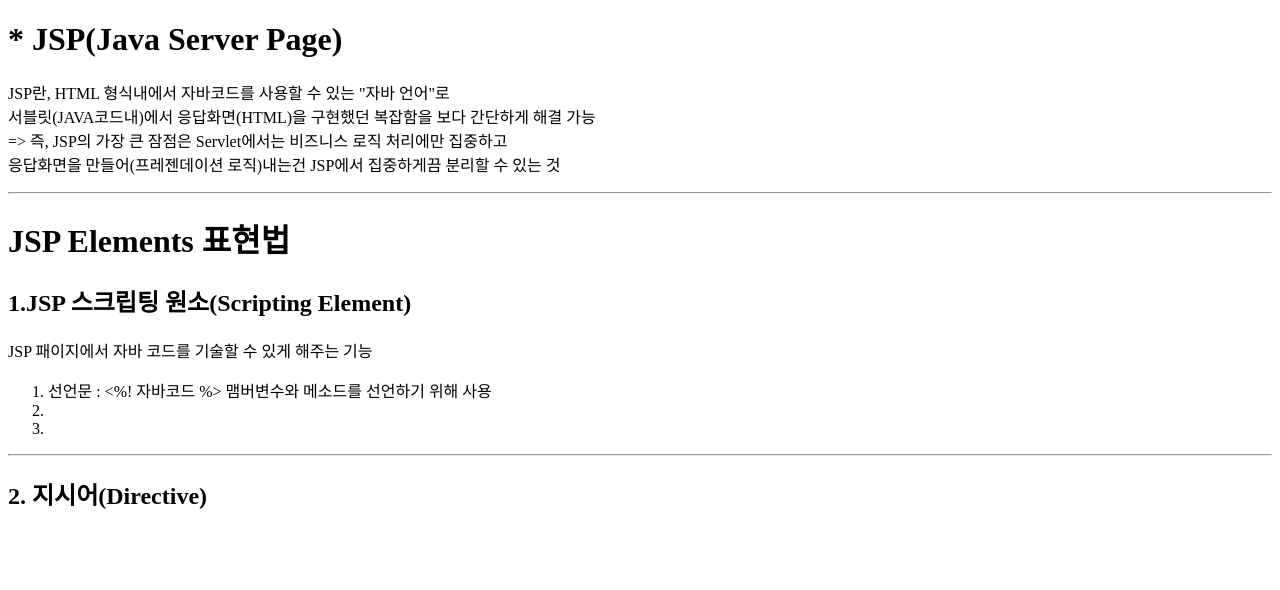
Repository: BrianH29/BH_webserver_workspace1
Page: webserver_workspace1/2_JSP/WebContent/index.html
An editor plug-in stored every save of this project. The page is shown before and after the next save, followed by the edit.
The browser window is 1280 px wide. The pictures show the whole page.

Above is the page before, as saved 2020-08-31 01:14:11.

After the next save:
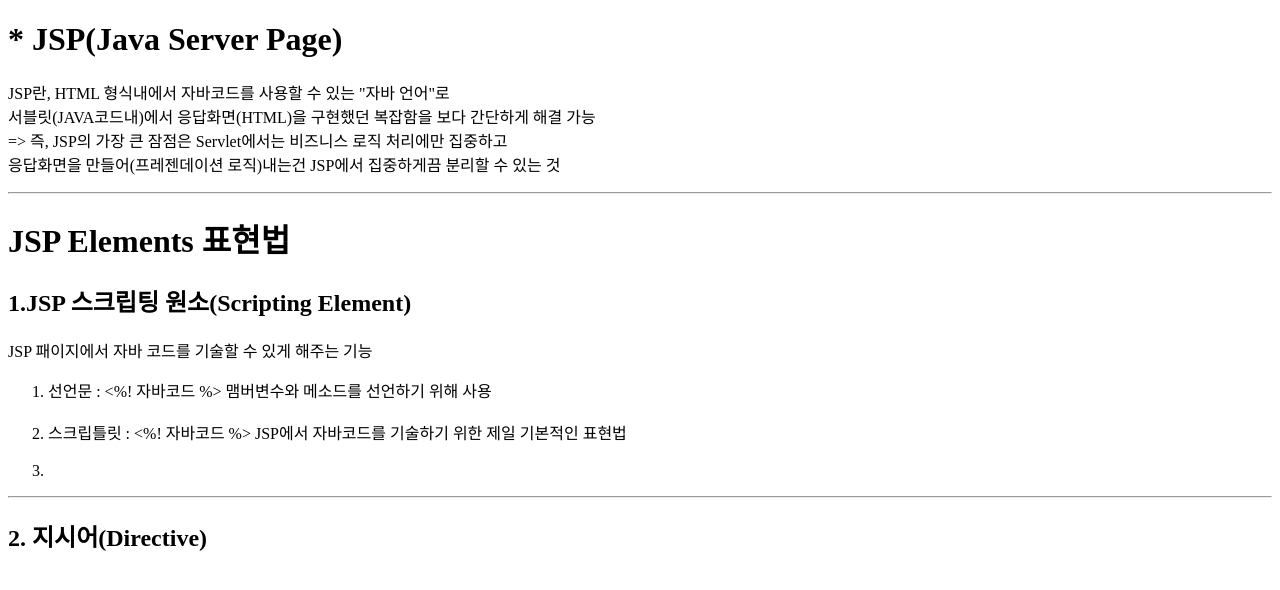
Saved 2 min 14 s later.
--- a/webserver_workspace1/2_JSP/WebContent/index.html
+++ b/webserver_workspace1/2_JSP/WebContent/index.html
@@ -25,10 +25,11 @@
 	<ol>
 		<li>
 			선언문 : &lt;%! 자바코드 %&gt;
-			맴버변수와 메소드를 선언하기 위해 사용
+			맴버변수와 메소드를 선언하기 위해 사용<br><br>
 		</li>
 		<li>
-
+			스크립틀릿 : &lt;%! 자바코드 %&gt;
+			JSP에서 자바코드를 기술하기 위한 제일 기본적인 표현법 <br><br>
 		</li>
 		<li>
 
